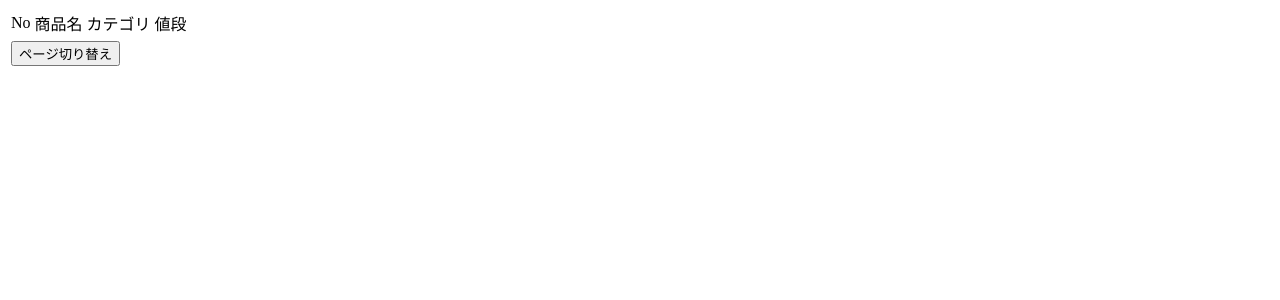
Repository: kousuke-2047/test
Page: http://localhost/Item/wsearchshow.jsp
An editor plug-in stored every save of this project. The page is shown before and after the next save, followed by the edit.
The browser window is 1280 px wide. The pictures show the whole page.
The page is served by Tomcat 9. Other server files are loaded and not shown.

Above is the page before, as saved 2018-06-19 04:41:58.

### Item/WebContent/wsearchshow.jsp
<%@ page language="java" contentType="text/html; charset=UTF-8"
    pageEncoding="UTF-8"%>
<%@ taglib prefix ="s" uri="/struts-tags" %>
<!DOCTYPE html PUBLIC "-//W3C//DTD HTML 4.01 Transitional//EN" "http://www.w3.org/TR/html4/loose.dtd">
<html>
<head>
	<meta http-equiv="Content-Type" content="text/html; charset=UTF-8">
	<meta http-equiv="Content-Style-Type" content="text/css"/>
	<meta http-equiv="Content-Script-Type" content= "text/javascript" />
	<meta http-equiv="imagetoolbar" content= "no" />
	<meta name = "description" content="" />
	<meta name="keywords" content="" />
<title>ワード検索画面</title>
</head>
<body>

	<s:form action ="ItemshowAction">
		<table>
			<tr>
				<td>No</td>
				<td>商品名</td>
				<td>カテゴリ</td>
				<td>値段</td>
			</tr>
			<s:iterator value="itemList">
			<tr>
				<td><input type="radio" name="itemid" value="<s:property value='id'/>">
				<s:property value="id"/></td>
				<td><s:property value="itemName"/></td>
				<td><s:property value="category"/></td>
				<td><s:property value="itemPrice"/></td>
			</tr>
			</s:iterator>
		</table>
	</s:form>

	<s:form action ="WSearchAction">
		<s:iterator value="countList" status="pageNo">

			<s:if test="#pageNo.count==number">

			<s:property value="page"/>
			</s:if>
			<s:else>
			<input type ="radio" name="number" value="<s:property value='page'/>"/>
			<s:property value="page"/>
			</s:else>
		</s:iterator>
		<input type ="hidden" name="word" value="<s:property value='session.word'/>"/>
		<s:submit value="ページ切り替え"/>
	</s:form>



</body>
</html>

After the next save:
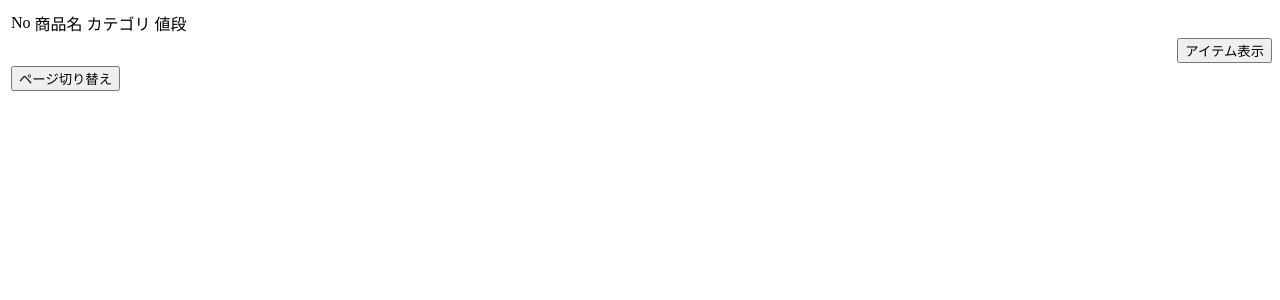
Saved 104 s later.
--- a/Item/WebContent/wsearchshow.jsp
+++ b/Item/WebContent/wsearchshow.jsp
@@ -32,6 +32,7 @@
 			</tr>
 			</s:iterator>
 		</table>
+		<s:submit value="アイテム表示"/>
 	</s:form>
 
 	<s:form action ="WSearchAction">
